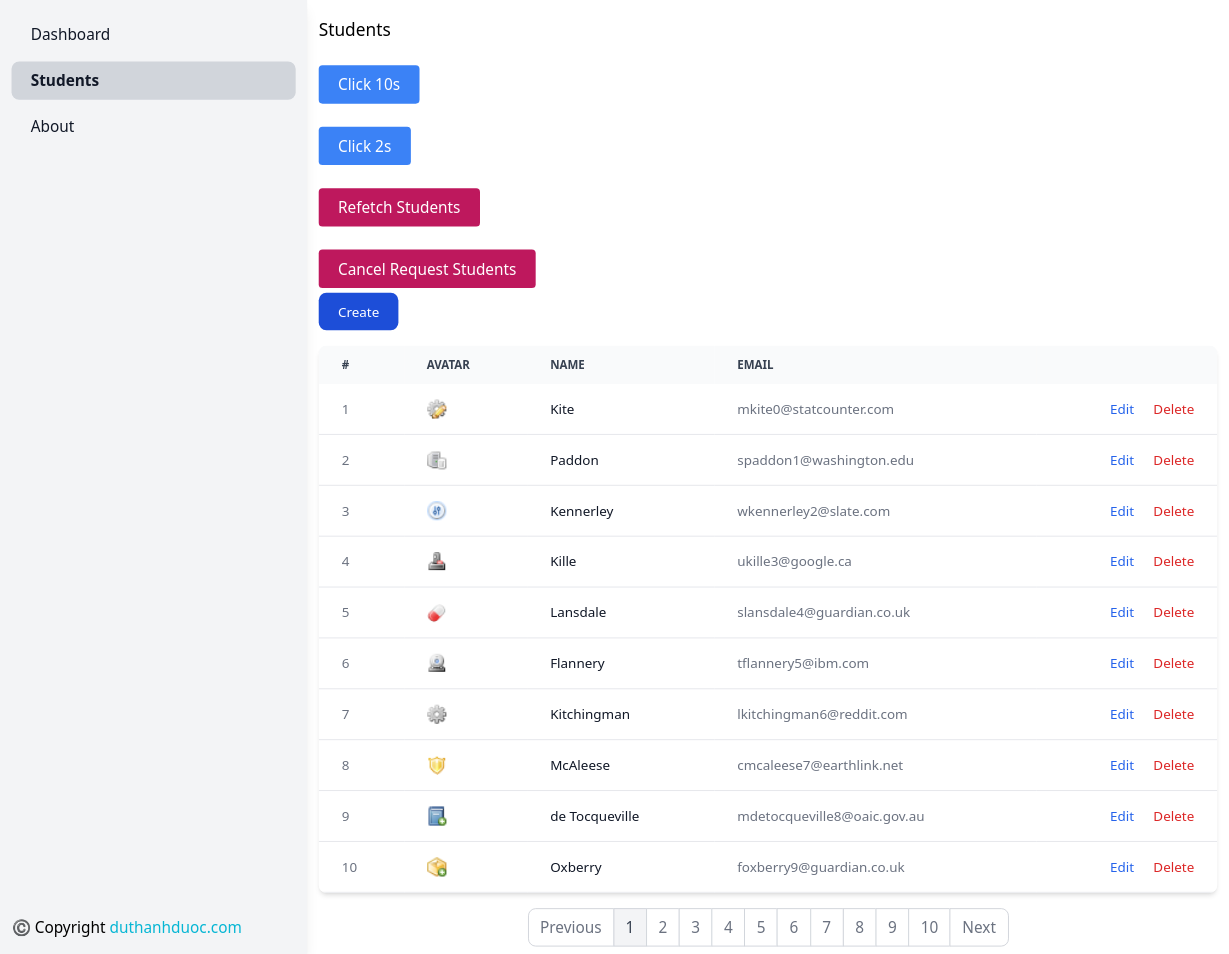
Repository: DoCaoLong/react-query
Page: /students (app in client/)
The author's editor kept a copy of each file at every save. The page is drawn from the files as they stood at one save, then again after the next save.
The browser window is 1280 px wide. The pictures show the whole page, at 96% of full size.
The project was rebuilt for these pictures with package versions that can differ from the ones it lists, and the page was loaded fresh each time. Some packages were replaced by stand-ins written for this rebuild. Requests to the local data server were answered from the project's data file. Also part of the build but not shown: client/src/pages/About/About.tsx, client/src/utils/isAxiosError.ts, client/src/pages/AddStudent/AddStudent.tsx, client/src/pages/Dashboard/Dashboard.tsx, client/src/pages/NotFound/NotFound.tsx.

Above is the page before, as saved 2023-04-25 11:48:32.

### client/src/App.tsx
import { useIsFetching, useIsMutating } from '@tanstack/react-query'
import Spinner from 'components/Spinner'
import MainLayout from 'layouts/MainLayout'
import About from 'pages/About'
import AddStudent from 'pages/AddStudent'
import Dashboard from 'pages/Dashboard'
import NotFound from 'pages/NotFound'
import Students from 'pages/Students'
import { useRoutes } from 'react-router-dom'

function App() {
  const elements = useRoutes([
    {
      path: '/',
      element: <Dashboard />
    },
    {
      path: '/students',
      element: <Students />
    },
    {
      path: '/students/:id',
      element: <AddStudent />
    },
    {
      path: '/students/add',
      element: <AddStudent />
    },
    {
      path: '/about',
      element: <About />
    },
    {
      path: '*',
      element: <NotFound />
    }
  ])

  const isFetching = useIsFetching()
  const isMutating = useIsMutating()

  return (
    <div className='App'>
      {isFetching + isMutating !== 0 && <Spinner />}
      <MainLayout>{elements}</MainLayout>
    </div>
  )
}

export default App

### client/src/components/Spinner/index.ts
import Spinner from 'components/Spinner/Spinner'

export default Spinner

### client/src/components/Spinner/Spinner.tsx
import React from 'react'

export default function Spinner() {
  return (
    <div role='status'>
      <svg
        aria-hidden='true'
        className='mr-2 h-8 w-8 animate-spin fill-blue-600 text-gray-200 dark:text-gray-600'
        viewBox='0 0 100 101'
        fill='none'
        xmlns='http://www.w3.org/2000/svg'
      >
        <path
          d='M100 50.5908C100 78.2051 77.6142 100.591 50 100.591C22.3858 100.591 0 78.2051 0 50.5908C0 22.9766 22.3858 0.59082 50 0.59082C77.6142 0.59082 100 22.9766 100 50.5908ZM9.08144 50.5908C9.08144 73.1895 27.4013 91.5094 50 91.5094C72.5987 91.5094 90.9186 73.1895 90.9186 50.5908C90.9186 27.9921 72.5987 9.67226 50 9.67226C27.4013 9.67226 9.08144 27.9921 9.08144 50.5908Z'
          fill='currentColor'
        />
        <path
          d='M93.9676 39.0409C96.393 38.4038 97.8624 35.9116 97.0079 33.5539C95.2932 28.8227 92.871 24.3692 89.8167 20.348C85.8452 15.1192 80.8826 10.7238 75.2124 7.41289C69.5422 4.10194 63.2754 1.94025 56.7698 1.05124C51.7666 0.367541 46.6976 0.446843 41.7345 1.27873C39.2613 1.69328 37.813 4.19778 38.4501 6.62326C39.0873 9.04874 41.5694 10.4717 44.0505 10.1071C47.8511 9.54855 51.7191 9.52689 55.5402 10.0491C60.8642 10.7766 65.9928 12.5457 70.6331 15.2552C75.2735 17.9648 79.3347 21.5619 82.5849 25.841C84.9175 28.9121 86.7997 32.2913 88.1811 35.8758C89.083 38.2158 91.5421 39.6781 93.9676 39.0409Z'
          fill='currentFill'
        />
      </svg>
      <span className='sr-only'>Loading...</span>
    </div>
  )
}

### client/src/layouts/MainLayout/MainLayout.tsx
import React from 'react'
import { NavLink } from 'react-router-dom'

interface Props {
  children?: React.ReactNode
}

export default function MainLayout({ children }: Props) {
  return (
    <div className='grid min-h-screen grid-cols-4'>
      <aside className='col-span-1' aria-label='Sidebar'>
        <div className='flex h-full flex-col overflow-y-auto bg-gray-100 py-4 px-3 shadow-lg'>
          <ul className='space-y-2'>
            <li>
              <NavLink
                to='/'
                end
                className={({ isActive }) => {
                  const activeClass = isActive ? 'bg-gray-300' : ''
                  return `flex items-center rounded-lg ${activeClass} p-2 text-base font-normal text-gray-900 hover:bg-gray-300`
                }}
              >
                {({ isActive }) => <span className={`ml-3 ${isActive ? 'font-bold' : ''}`}>Dashboard</span>}
              </NavLink>
            </li>
            <li>
              <NavLink
                to='/students'
                className={({ isActive }) => {
                  const activeClass = isActive ? 'bg-gray-300' : ''
                  return `flex items-center rounded-lg ${activeClass} p-2 text-base font-normal text-gray-900 hover:bg-gray-300`
                }}
              >
                {({ isActive }) => <span className={`ml-3 ${isActive ? 'font-bold' : ''}`}>Students</span>}
              </NavLink>
            </li>
            <li>
              <NavLink
                to='/about'
                className={({ isActive }) => {
                  const activeClass = isActive ? 'bg-gray-300' : ''
                  return `flex items-center rounded-lg ${activeClass} p-2 text-base font-normal text-gray-900 hover:bg-gray-300`
                }}
              >
                {({ isActive }) => <span className={`ml-3 ${isActive ? 'font-bold' : ''}`}>About</span>}
              </NavLink>
            </li>
          </ul>
          <div className='mt-auto'>
            ©️ Copyright{' '}
            <a href='https://duthanhduoc.com' target='_blank' rel='noreferrer' className='text-cyan-500'>
              duthanhduoc.com
            </a>
          </div>
        </div>
      </aside>
      <main className='col-span-3 h-full py-4 px-3'>{children}</main>
    </div>
  )
}

### client/src/pages/Students/Students.tsx
import { useMutation, useQuery, useQueryClient } from '@tanstack/react-query'
import { deleteStudent, getStudent, getStudents } from 'apis/student.api'
import { Link } from 'react-router-dom'
import { useQueryString } from 'utils/useSearchQueryString'
import classNames from 'classnames'
import { toast } from 'react-toastify'
const LIMIT = 10

export default function Students() {
  const queryClient = useQueryClient()
  const queryString: { page?: string } = useQueryString()
  const page = Number(queryString.page) || 1

  const studentsQuery = useQuery({
    queryKey: ['students', page],
    // call thong thuong va handle tay click stop call api
    // queryFn: ({ signal }) => getStudents(page, LIMIT, signal), // signal de huy call api tu axios

    // dung method cua axios de huy call api sau 5s
    queryFn: () => {
      const controller = new AbortController()
      setTimeout(() => {
        controller.abort()
      }, 5000)
      return getStudents(page, LIMIT, controller.signal)
    },
    retry: 0, // default call api 3 lan sau khi call error, set: 0 -> k retry
    keepPreviousData: true // call api ve r trigger ra view k hien loading
    // staleTime: 6 * 1000, // call lai api sau 60s
    // cacheTime: 8 * 1000 // cache data trong 80s thuong se
  })

  const deleteMutate = useMutation({
    mutationFn: (id: string | number) => deleteStudent(id),
    onSuccess: () => {
      queryClient.invalidateQueries({ queryKey: ['students', page], exact: true })
    }
    // c2
    //  onSuccess: (_,id) => {
    //   toast.success(`Delete Success Student Id: ${id}`)
    //   queryClient.invalidateQueries({ queryKey: ['students', page], exact: true })
    // }
  })

  const handleDelete = (id: string | number) => {
    deleteMutate.mutate(id, {
      onSuccess: () => {
        toast.success(`Delete Success Student Id: ${id}`)
      }
    })
  }

  const fetchStudent = (second: number) => {
    const id = '6'
    queryClient.prefetchQuery(['student', id], {
      queryFn: () => getStudent(id),
      staleTime: second * 1000
    })
  }

  const refetchStudents = () => {
    studentsQuery.refetch()
  }

  const cancelRequestStudents = () => {
    queryClient.cancelQueries({ queryKey: ['students', page] })
  }

  const totalStudentCount = Number(studentsQuery?.data?.headers['x-total-count'])
  const totalPage = Math.ceil(totalStudentCount / LIMIT)

  return (
    <div>
      <h1 className='text-lg'>Students</h1>
      <div>
        <button className='mt-6 rounded bg-blue-500 px-5 py-2 text-white' onClick={() => fetchStudent(10)}>
          Click 10s
        </button>
      </div>
      <div>
        <button className='mt-6 rounded bg-blue-500 px-5 py-2 text-white' onClick={() => fetchStudent(2)}>
          Click 2s
        </button>
      </div>
      <div>
        <button className='mt-6 rounded bg-pink-700 px-5 py-2 text-white' onClick={refetchStudents}>
          Refetch Students
        </button>
      </div>
      <div>
        <button className='mt-6 rounded bg-pink-700 px-5 py-2 text-white' onClick={cancelRequestStudents}>
          Cancel Request Students
        </button>
      </div>
      <div className='mt-3'>
        <Link
          to='/students/add'
          type='button'
          className='mb-2 mr-2 rounded-lg bg-blue-700 px-5 py-2.5 text-sm font-medium text-white hover:bg-blue-800 focus:outline-none focus:ring-4 focus:ring-blue-300'
        >
          Create
        </Link>
      </div>
      {studentsQuery.isLoading ? (
        <div role='status' className='mt-6 animate-pulse'>
          <div className='mb-4 h-4  rounded bg-gray-200 dark:bg-gray-700' />
          <div className='mb-2.5 h-10  rounded bg-gray-200 dark:bg-gray-700' />
          <div className='mb-2.5 h-10 rounded bg-gray-200 dark:bg-gray-700' />
          <div className='mb-2.5 h-10  rounded bg-gray-200 dark:bg-gray-700' />
          <div className='mb-2.5 h-10  rounded bg-gray-200 dark:bg-gray-700' />
          <div className='mb-2.5 h-10  rounded bg-gray-200 dark:bg-gray-700' />
          <span className='sr-only'>Loading...</span>
        </div>
      ) : (
        <>
          {/* table */}
          <div className='relative mt-6 overflow-x-auto shadow-md sm:rounded-lg'>
            <table className='w-full text-left text-sm text-gray-500 dark:text-gray-400'>
              <thead className='bg-gray-50 text-xs uppercase text-gray-700 dark:bg-gray-700 dark:text-gray-400'>
                <tr>
                  <th scope='col' className='px-6 py-3'>
                    #
                  </th>
                  <th scope='col' className='px-6 py-3'>
                    Avatar
                  </th>
                  <th scope='col' className='px-6 py-3'>
                    Name
                  </th>
                  <th scope='col' className='px-6 py-3'>
                    Email
                  </th>
                  <th scope='col' className='px-6 py-3'>
                    <span className='sr-only'>Action</span>
                  </th>
                </tr>
              </thead>
              <tbody>
                {studentsQuery?.data?.data.map((item, index) => (
                  <tr
                    key={item.id}
                    className='border-b bg-white hover:bg-gray-50 dark:border-gray-700 dark:bg-gray-800 dark:hover:bg-gray-600'
                  >
                    <td className='px-6 py-4'>{item.id}</td>
                    <td className='px-6 py-4'>
                      <img src={item.avatar} alt='student' className='h-5 w-5' />
                    </td>
                    <th scope='row' className='whitespace-nowrap px-6 py-4 font-medium text-gray-900 dark:text-white'>
                      {item.last_name}
                    </th>
                    <td className='px-6 py-4'>{item.email}</td>
                    <td className='px-6 py-4 text-right'>
                      <Link
                        to={`/students/${item.id}`}
                        className='mr-5 font-medium text-blue-600 hover:underline dark:text-blue-500'
                      >
                        Edit
                      </Link>
                      <button
                        onClick={() => handleDelete(item.id)}
                        className='font-medium text-red-600 dark:text-red-500'
                      >
                        Delete
                      </button>
                    </td>
                  </tr>
                ))}
              </tbody>
            </table>
          </div>
          {/* close table */}

          {/* pagination */}
          <div className='mt-6 flex justify-center'>
            <nav aria-label='Page navigation example'>
              <ul className='inline-flex -space-x-px'>
                <li>
                  {page === 1 ? (
                    <span className='cursor-not-allowed rounded-l-lg border border-gray-300 bg-white px-3 py-2 leading-tight text-gray-500 hover:bg-gray-100 hover:text-gray-700 '>
                      Previous
                    </span>
                  ) : (
                    <Link
                      className='rounded-l-lg border border-gray-300 bg-white px-3 py-2 leading-tight text-gray-500 hover:bg-gray-100 hover:text-gray-700 '
                      to={`/students?page=${page - 1}`}
                    >
                      Previous
                    </Link>
                  )}
                </li>

                {Array(totalPage)
                  .fill(0)
                  .map((_, index) => {
                    const pageNumber = index + 1
                    const isActive = page === pageNumber
                    return (
                      <li key={index}>
                        <Link
                          key={pageNumber}
                          className={classNames(
                            'border border-gray-300  px-3 py-2 leading-tight text-gray-500 hover:bg-gray-100 hover:text-gray-700',
                            { 'bg-gray-100 text-gray-700': isActive, 'bg-white text-gray-500': !isActive }
                          )}
                          to={`/students?page=${pageNumber}`}
                        >
                          {pageNumber}
                        </Link>
                      </li>
                    )
                  })}
                <li>
                  {page === totalPage ? (
                    <span className='cursor-not-allowed rounded-r-lg border border-gray-300 bg-white px-3 py-2 leading-tight text-gray-500 hover:bg-gray-100 hover:text-gray-700 '>
                      Next
                    </span>
                  ) : (
                    <Link
                      className='rounded-r-lg border border-gray-300 bg-white px-3 py-2 leading-tight text-gray-500 hover:bg-gray-100 hover:text-gray-700 '
                      to={`/students?page=${page + 1}`}
                    >
                      Next
                    </Link>
                  )}
                </li>
              </ul>
            </nav>
          </div>
          {/* close pagination */}
        </>
      )}
    </div>
  )
}

### client/src/apis/student.api.ts
import { IStudent, IStudents } from 'types/student.type'
import http from 'utils/http'

export const getStudents = (page: number | string, limit: number | string, signal?: AbortSignal) => {
  return http.get<IStudents>('students', {
    params: {
      _page: page,
      _limit: limit
    },
    signal
  })
}

export const getStudent = (id: number | string) => http.get<IStudent>(`students/${id}`)

export const addStudent = (student: Omit<IStudent, 'id'>) => http.post<IStudent>('students', student)

export const editStudent = (id: number | string, student: IStudent) => http.put<IStudent>(`students/${id} `, student)

export const deleteStudent = (id: number | string) => http.delete<{}>(`students/${id}`)

### client/src/utils/useSearchQueryString.ts
import { useSearchParams } from 'react-router-dom'

export const useQueryString = () => {
  const [searchParams] = useSearchParams()
  const searchParamsObject = Object.fromEntries([...searchParams])
  return searchParamsObject
}

### client/src/utils/http.ts
import axios, { AxiosInstance } from 'axios'

class Http {
  instance: AxiosInstance
  constructor() {
    this.instance = axios.create({
      baseURL: 'http://localhost:4000/',
      timeout: 10000,
      headers: {
        'Content-Type': 'application/json'
      }
    })
  }
}

const http = new Http().instance
export default http

Loaded but not shown: client/public/index.html (common file); client/src/index.tsx (common file); client/src/index.css (common file); client/src/reportWebVitals.ts (common file); client/src/layouts/MainLayout/index.ts (common file); client/src/pages/About/index.ts (common file); client/src/pages/AddStudent/index.ts (common file); client/src/pages/Dashboard/index.ts (common file); client/src/pages/NotFound/index.ts (common file); client/src/pages/Students/index.ts (common file); client/tailwind.config.js (common file); server/db.json (1004 lines, source omitted)

After the next save:
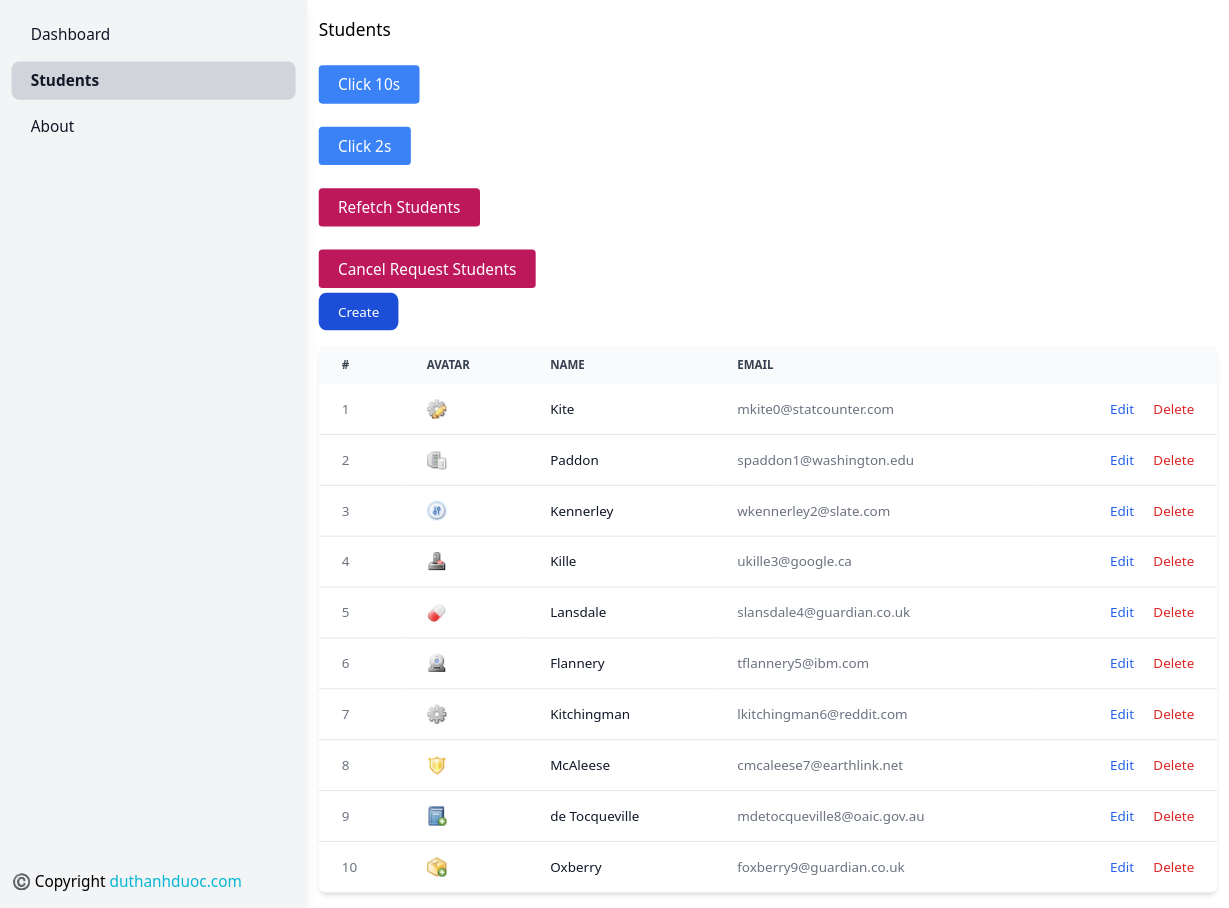
Saved 36 s later.
--- a/client/src/pages/Students/Students.tsx
+++ b/client/src/pages/Students/Students.tsx
@@ -171,7 +171,7 @@
           {/* close table */}
 
           {/* pagination */}
-          <div className='mt-6 flex justify-center'>
+          {/* <div className='mt-6 flex justify-center'>
             <nav aria-label='Page navigation example'>
               <ul className='inline-flex -space-x-px'>
                 <li>
@@ -225,7 +225,7 @@
                 </li>
               </ul>
             </nav>
-          </div>
+          </div> */}
           {/* close pagination */}
         </>
       )}

After the save that followed:
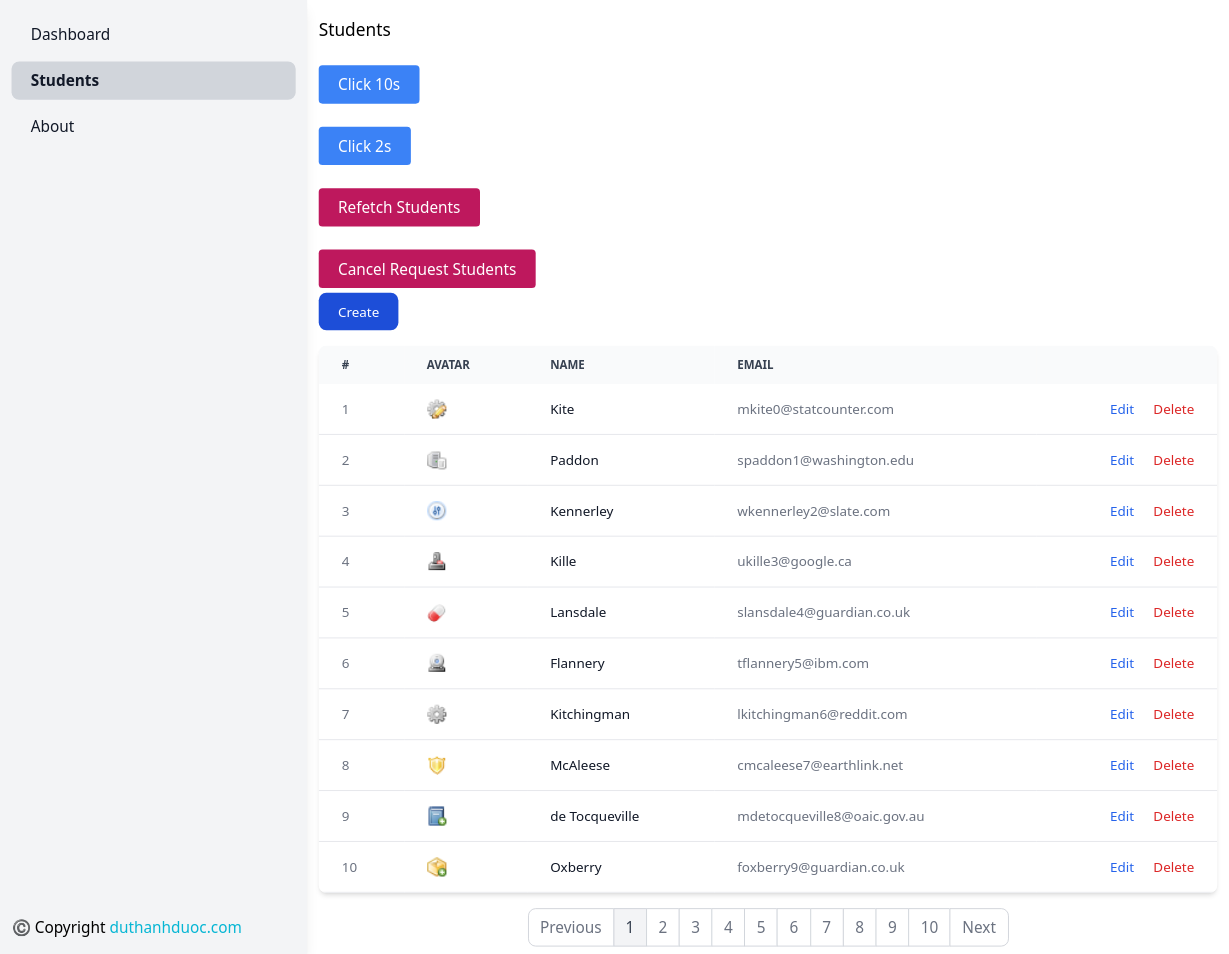
Saved 61 s later.
--- a/client/src/pages/Students/Students.tsx
+++ b/client/src/pages/Students/Students.tsx
@@ -66,7 +66,7 @@
     queryClient.cancelQueries({ queryKey: ['students', page] })
   }
 
-  const totalStudentCount = Number(studentsQuery?.data?.headers['x-total-count'])
+  const totalStudentCount = Number(studentsQuery.data?.headers['x-total-count'])
   const totalPage = Math.ceil(totalStudentCount / LIMIT)
 
   return (
@@ -171,7 +171,7 @@
           {/* close table */}
 
           {/* pagination */}
-          {/* <div className='mt-6 flex justify-center'>
+          <div className='mt-6 flex justify-center'>
             <nav aria-label='Page navigation example'>
               <ul className='inline-flex -space-x-px'>
                 <li>
@@ -225,7 +225,7 @@
                 </li>
               </ul>
             </nav>
-          </div> */}
+          </div>
           {/* close pagination */}
         </>
       )}
